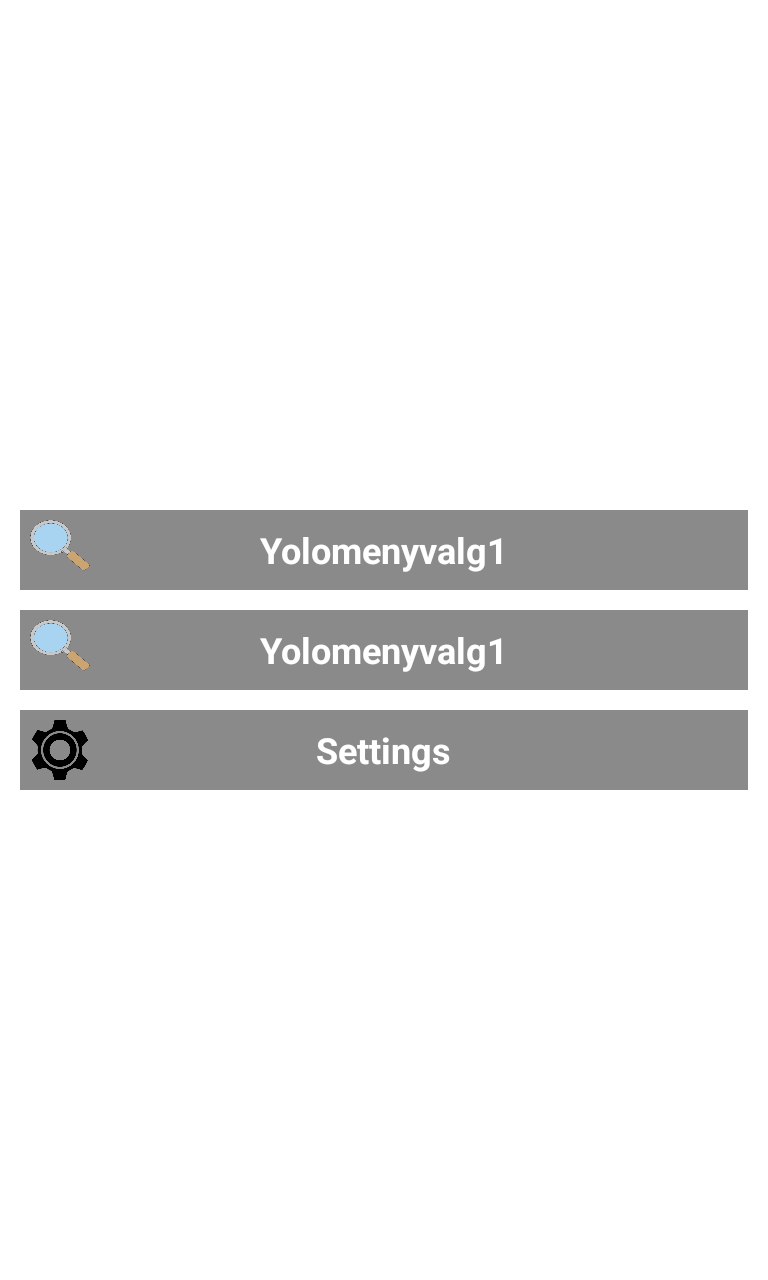
Repository: pumalove/workspace
Layout: MainActivity/res/layout/gridview.xml
The author's editor kept a copy of each file at every save. The layout is drawn from the files as they stood at one save, then again after the next save.
It is drawn on a 768 x 1280 px phone screen (xhdpi) without system bars, with theme AppTheme; the app's code is not run. Lists and similar views that code fills are empty.

Above is the layout before, as saved 2014-03-18 11:18:13.

### MainActivity/res/layout/gridview.xml
<?xml version="1.0" encoding="utf-8"?>
<LinearLayout xmlns:android="http://schemas.android.com/apk/res/android"
    android:layout_width="match_parent"
    android:layout_height="wrap_content"
    android:orientation="vertical"
    android:padding="10dp"
    >

    <LinearLayout
        android:layout_marginBottom="20dp"
        android:layout_width="fill_parent"
        android:layout_height="wrap_content">

        <GridView
            android:id="@+id/gridview"
            android:layout_width="fill_parent"
            android:layout_height="225dp"
            android:columnWidth="90dp"
            android:numColumns="auto_fit"
            android:verticalSpacing="5dp"
            android:horizontalSpacing="5dp"
            android:stretchMode="columnWidth"
            android:gravity="center"
            />
	</LinearLayout>


    <LinearLayout
        android:id="@+id/linearlayout2"
        android:layout_width="fill_parent"
        android:layout_height="wrap_content"
        android:layout_gravity="center"
        android:orientation="vertical"
        android:layout_below="@id/gridview">

        <LinearLayout
            android:id="@+id/customButton1"
            android:layout_width="fill_parent"
            android:layout_height="wrap_content"
            android:layout_marginBottom="10dp"
            android:orientation="horizontal"
            android:clickable="true"
            android:focusable="true"
            android:background="@drawable/custom_buttons"
            >

            <ImageView
                android:id="@+id/imageView1"
                android:layout_width="40dp"
                android:layout_height="40dp"
                android:scaleType="centerCrop"
                android:src="@drawable/sample_0"
                android:padding="5dp" />

			<LinearLayout
			    android:layout_width="fill_parent"
            	android:layout_height="wrap_content"
            	android:gravity="center"
            	android:layout_gravity="center" >
            	<TextView
                	android:layout_width="wrap_content"
                	android:layout_height="wrap_content"
                	android:layout_gravity="center"
                	android:text="Yolomenyvalg1"
                	android:textColor="#FFFFFF"
                	android:textSize="18dp"
                	android:layout_marginRight="40dp"
                	android:textStyle="bold"/>
			</LinearLayout>
		</LinearLayout>


        <LinearLayout
            android:id="@+id/customButton2"
            android:layout_width="fill_parent"
            android:layout_height="wrap_content"
            android:layout_marginBottom="10dp"
            android:orientation="horizontal"
            android:gravity="center"
            android:clickable="true"
            android:focusable="true"
            android:background="@drawable/custom_buttons"
            >

            <ImageView
                android:id="@+id/imageView2"
                android:layout_width="40dp"
                android:layout_height="40dp"
                android:scaleType="centerCrop"
                android:src="@drawable/sample_0"
                android:padding="5dp" />

           <LinearLayout
			    android:layout_width="fill_parent"
            	android:layout_height="wrap_content"
            	android:gravity="center"
            	android:layout_gravity="center" >
            	<TextView
                	android:layout_width="wrap_content"
                	android:layout_height="wrap_content"
                	android:layout_gravity="center"
                	android:text="Yolomenyvalg1"
                	android:textColor="#FFFFFF"
                	android:textSize="18dp"
                	android:layout_marginRight="40dp"
                	android:textStyle="bold"/>
			</LinearLayout>

        </LinearLayout>

        <LinearLayout
            android:id="@+id/customButton3"
            android:layout_width="fill_parent"
            android:layout_height="wrap_content"
            android:layout_marginBottom="10dp"
            android:orientation="horizontal"
            android:gravity="center"
            android:clickable="true"
            android:focusable="true"
            android:background="@drawable/custom_buttons"
            >

            <ImageView
                android:id="@+id/imageView3"
                android:layout_width="40dp"
                android:layout_height="40dp"
                android:scaleType="centerCrop"
                android:src="@drawable/settings"
                android:padding="5dp" />

            <LinearLayout
			    android:layout_width="fill_parent"
            	android:layout_height="wrap_content"
            	android:gravity="center"
            	android:layout_gravity="center" >
            	<TextView
                	android:layout_width="wrap_content"
                	android:layout_height="wrap_content"
                	android:layout_gravity="center"
                	android:text="@string/action_settings"
                	android:textColor="#FFFFFF"
                	android:textSize="18dp"
                	android:layout_marginRight="40dp"
                	android:textStyle="bold"/>
			</LinearLayout>

        </LinearLayout>
    </LinearLayout>



</LinearLayout>

### MainActivity/res/values/styles.xml
<resources xmlns:android="http://schemas.android.com/apk/res/android">

    <!--
        Base application theme, dependent on API level. This theme is replaced
        by AppBaseTheme from res/values-vXX/styles.xml on newer devices.
    -->
    <style name="AppBaseTheme" parent="android:Theme.Light">
        <!--
            Theme customizations available in newer API levels can go in
            res/values-vXX/styles.xml, while customizations related to
            backward-compatibility can go here.
        -->
    </style>

    <!-- Application theme. -->
    <style name="AppTheme" parent="AppBaseTheme">
        <!-- All customizations that are NOT specific to a particular API-level can go here. -->
    </style>

</resources>

### MainActivity/res/values-v11/styles.xml
<resources>

    <!--
        Base application theme for API 11+. This theme completely replaces
        AppBaseTheme from res/values/styles.xml on API 11+ devices.
    -->
    <style name="AppBaseTheme" parent="android:Theme.Holo.Light">
        <!-- API 11 theme customizations can go here. -->
    </style>

</resources>

### MainActivity/res/drawable/custom_buttons.xml
<?xml version="1.0" encoding="utf-8"?>
<selector xmlns:android="http://schemas.android.com/apk/res/android">

  <item android:state_pressed="true" >
    <shape>
      <solid android:color="#FF0000" />
    </shape>
  </item>

  <item android:state_focused="true" >
    <shape>
      <solid android:color="#DDDDDD" />
    </shape>
  </item>

  <item>
    <shape>
      <solid android:color="#75000000" />
    </shape>
  </item>

</selector>

### MainActivity/res/values/strings.xml
<?xml version="1.0" encoding="utf-8"?>
<resources>

    <string name="app_name">intelligenceTest</string>
    <string name="action_settings">Settings</string>
    <string name="title_section1">Section 1</string>
    <string name="title_section2">Section 2</string>
    <string name="title_section3">Section 3</string>
    <string name="scan_only_qr_codes">Scan Only QR Codes</string>
    <string name="scan">Scan</string>

</resources>

After the next save:
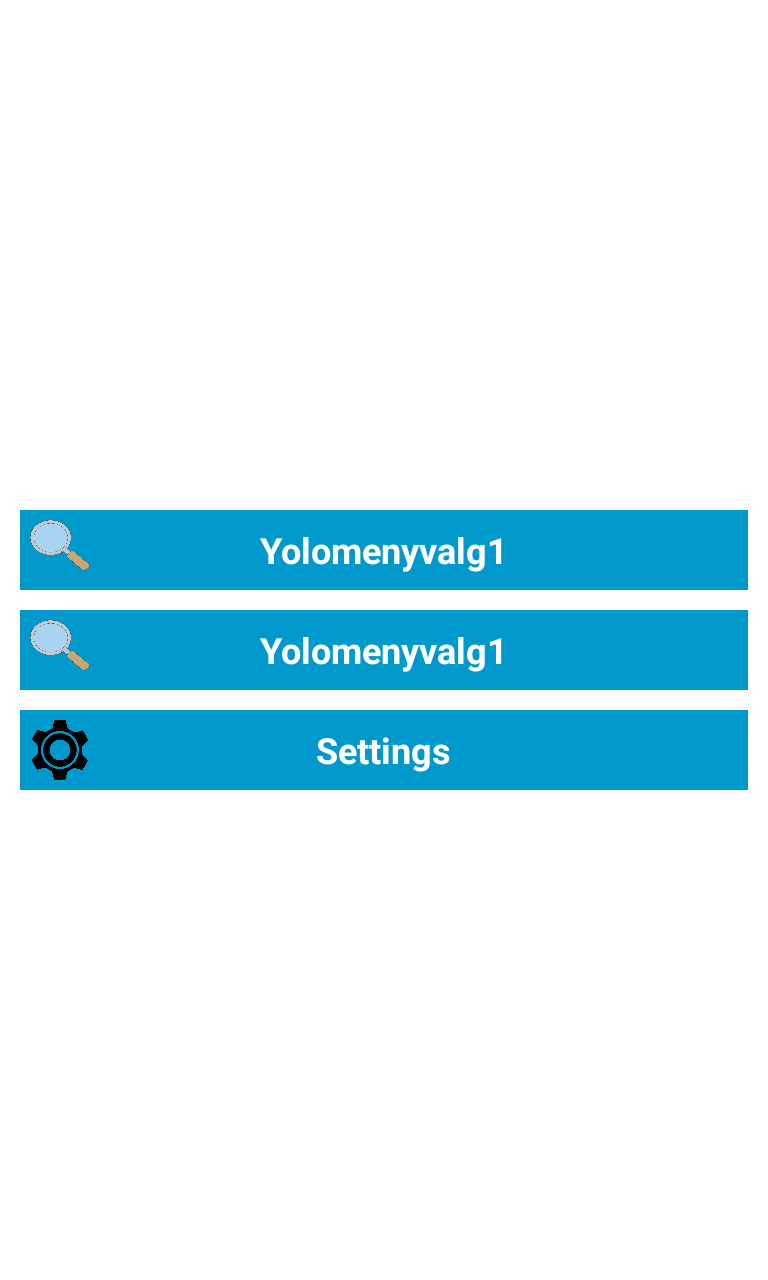
Saved 2 min 23 s later.
--- a/MainActivity/res/drawable/custom_buttons.xml
+++ b/MainActivity/res/drawable/custom_buttons.xml
@@ -15,7 +15,7 @@
 
   <item>
     <shape>
-      <solid android:color="#75000000" />
+      <solid android:color="@android:color/holo_blue_dark" />
     </shape>
   </item>
 
